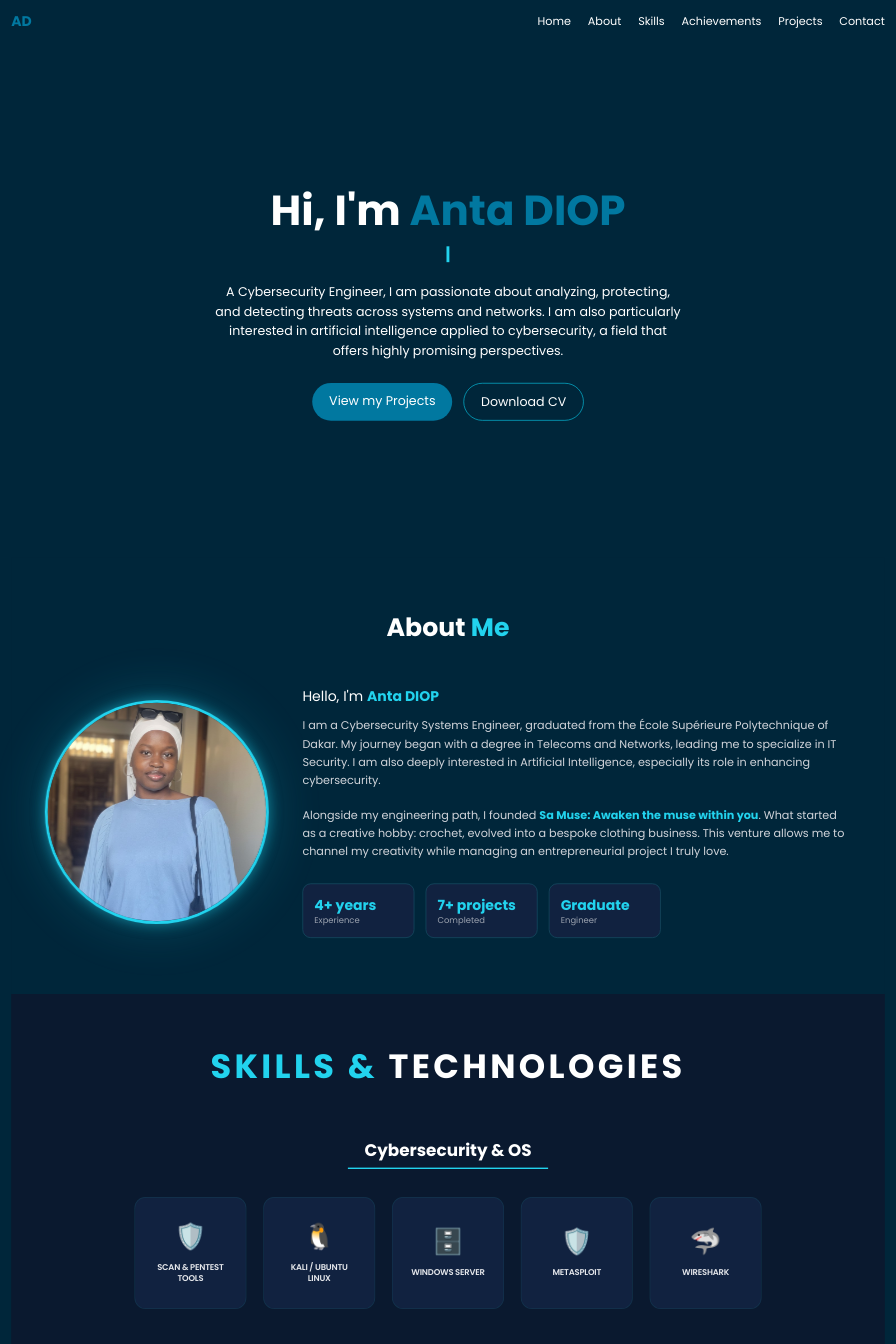
Repository: AntaaaKD/Mon-Portfolio
Page: /
An editor plug-in stored every save of this project. The page is shown before and after the next save, followed by the edit.
The browser window is 1280 px wide. The pictures show the part of the page from y = 0 to 1920 px (the page is 3388 px tall before and 3356 px after), at 70% of full size.
The project was rebuilt for these pictures with package versions that can differ from the ones it lists, and the page was loaded fresh each time.

Above is the page before, as saved 2026-01-14 23:26:08.

After the next save:
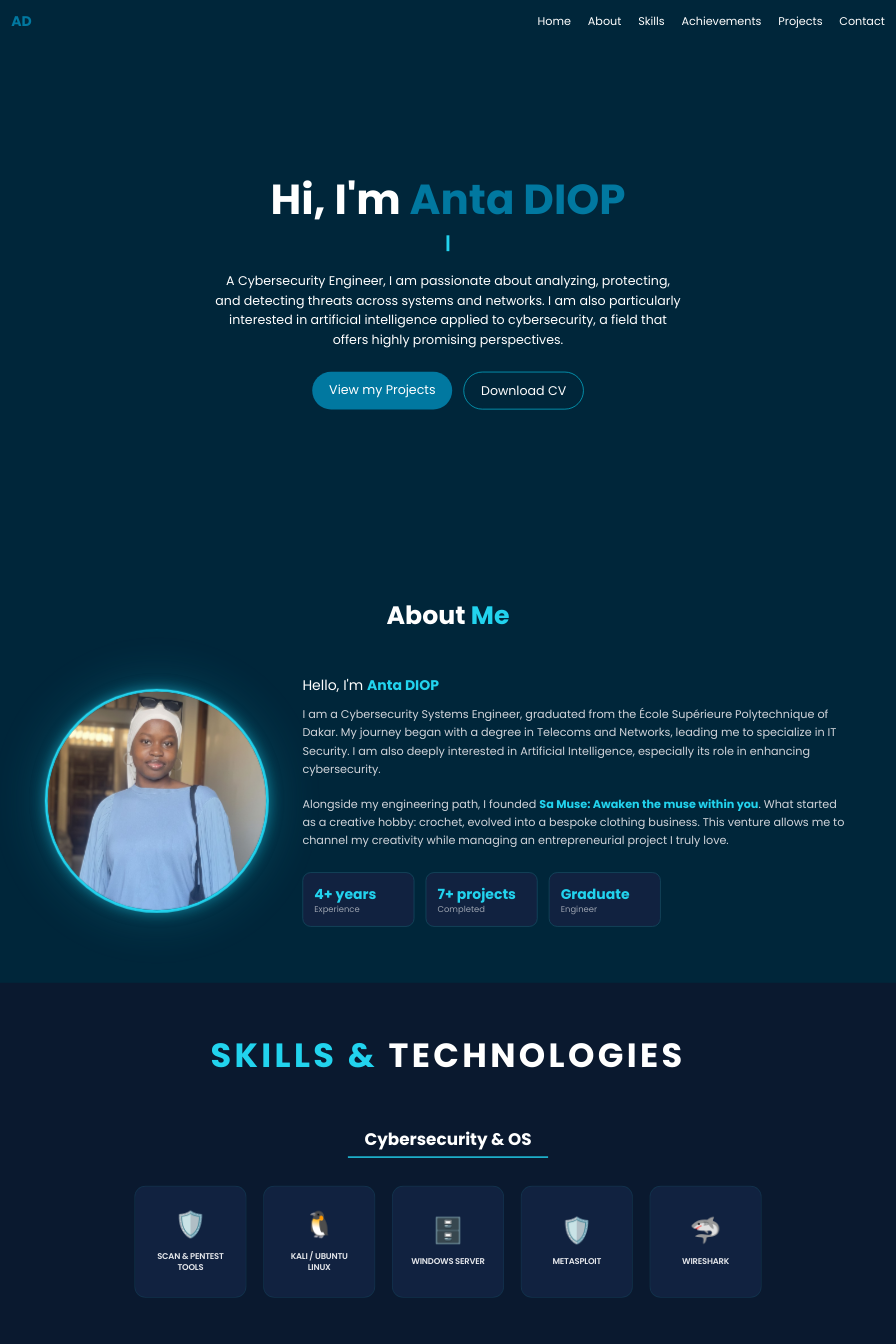
Saved 3 min 7 s later.
--- a/src/App.js
+++ b/src/App.js
@@ -8,7 +8,7 @@ function App() {
   return (
     <div className="min-h-screen bg-custom-blue text-white">
       <Navbar />
-      <main className="container mx-auto p-4">
+      <main>
         <Home />  {/* Remplace le placeholder */}
         <About />
         <Skills />
